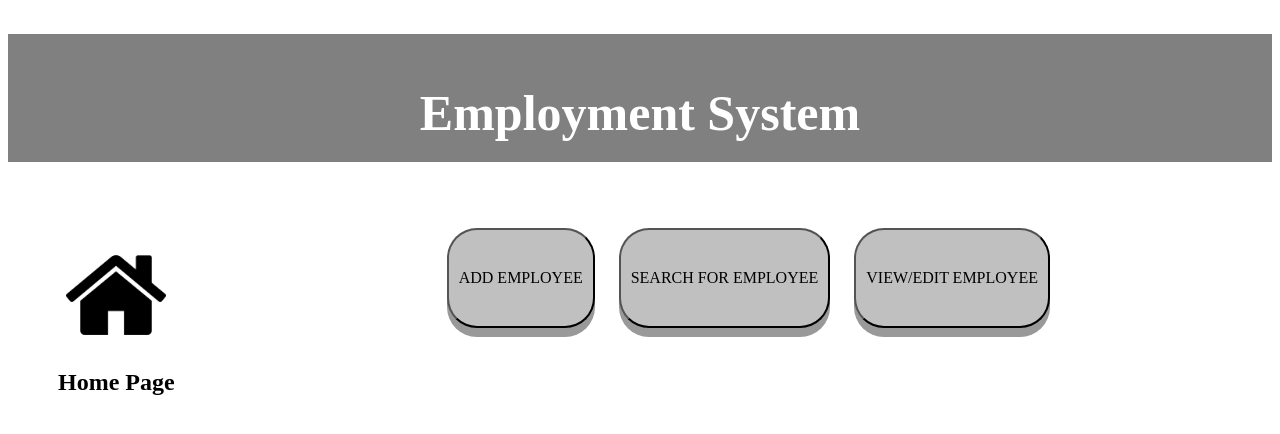
Repository: ticross18/SpringBootEmployeeSystem
Page: EmploymentSystem/src/main/resources/static/index.html
An editor plug-in stored every save of this project. The page is shown before and after the next save, followed by the edit.
The browser window is 1280 px wide. The pictures show the whole page.

Above is the page before, as saved 2022-05-17 18:37:04.

After the next save:
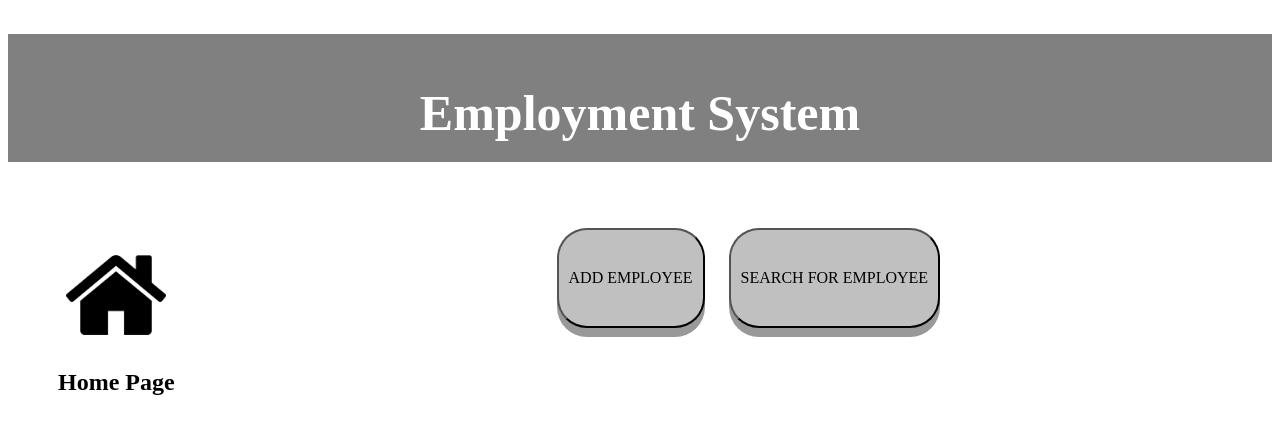
Saved 55 s later.
--- a/EmploymentSystem/src/main/resources/static/index.html
+++ b/EmploymentSystem/src/main/resources/static/index.html
@@ -19,7 +19,7 @@
         <tr>
             <td><button type="button" onclick="location.href = '/addEmp.html';"  id="addEmp" > Add Employee </button></td>
             <td><button type="button" onclick="location.href = '/searchEmp.html';" id="search" > Search for Employee </button></td>
-            <td><button type="button" onclick="location.href = '/viewEditEmp.html';" id="viewEditEmp"> View/Edit Employee </button></td>
+
         </tr>
  </table>
 
